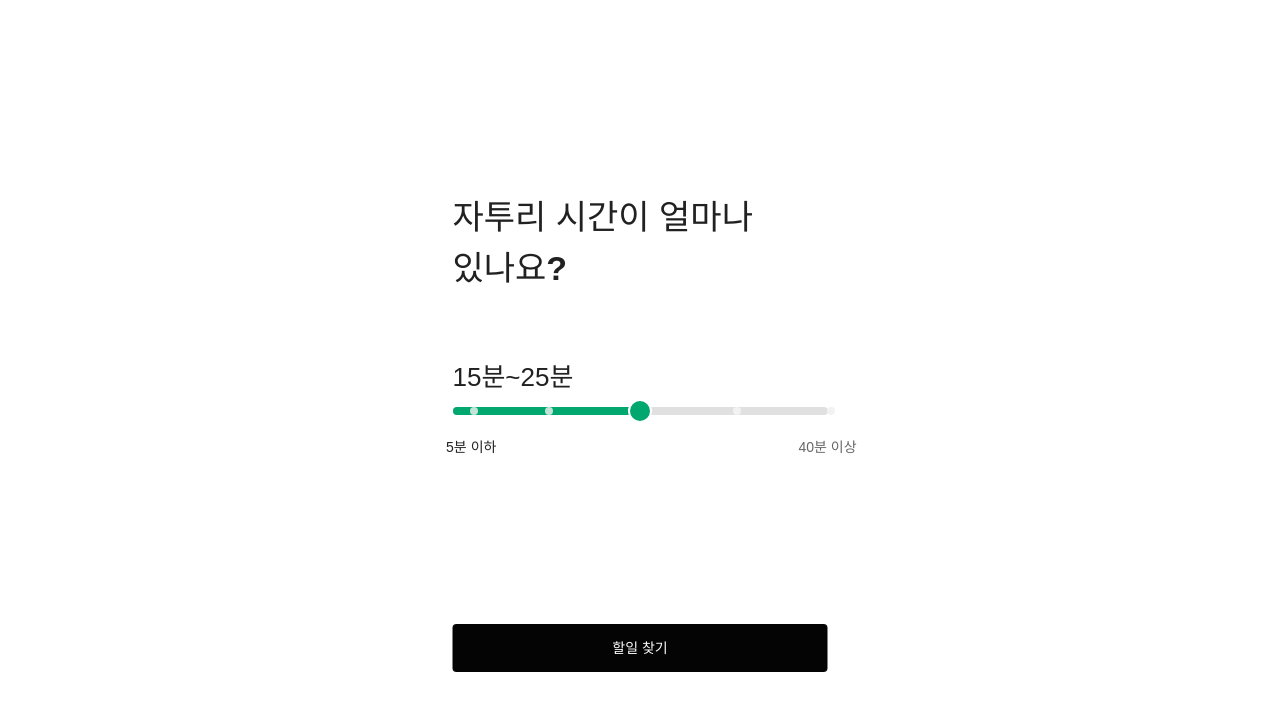
Repository: Tickley-Team/Tickley
Page: /survey
These files come from the project's save history. The page is drawn as it stood at one moment and after the next save; the edit follows.
The browser window is 1280 px wide. The pictures show the whole page.
The project was rebuilt for these pictures with package versions that can differ from the ones it lists, and the page was loaded fresh each time. Also part of the build but not shown: vite.config.ts, src/components/BottomNavbar.css, src/components/BottomNavbar.tsx, src/hooks/useLocalStorage.ts, src/stores/timeLeftStore.ts, src/utils.ts, src/components/BasicDialog.tsx, src/pages/Todos.tsx and 12 more.

Above is the page before, as saved 2024-12-09 17:26:06.

### index.html
<!doctype html>
<html lang="en">
  <head>
    <meta charset="UTF-8" />
    <link rel="icon" type="image/svg+xml" href="/src/assets/tickley-favicon.svg" />
    <meta name="viewport" content="width=device-width, initial-scale=1.0" />
    <title>Tickley</title>
    <meta name="description" content="자투리 시간을 알차게 보내고 싶으신가요? 그럼 티클리!">
    <meta property="og:title" content="Tickley">
    <meta property="og:url" content="https://tickley-team.github.io/Tickley/">
    <meta property="og:image" content="https://tickley-team.github.io/Tickley/cute-tickley.png">
    <meta property="og:description" content="자투리 시간을 알차게 보내고 싶으신가요? 그럼 티클리!">
  </head>
  <body>
    <div id="root"></div>
    <script type="module" src="/src/main.tsx"></script>
  </body>
</html>

### src/index.css
:root {
  font-family: Pretandard, system-ui, Avenir, Helvetica, Arial, sans-serif;

  color-scheme: light dark;
  font-synthesis: none;
  text-rendering: optimizeLegibility;
  -webkit-font-smoothing: antialiased;
  -moz-osx-font-smoothing: grayscale;
}

@font-face {
  font-family: 'S-CoreDream-5Medium';
  src: url('https://fastly.jsdelivr.net/gh/projectnoonnu/noonfonts_six@1.2/S-CoreDream-5Medium.woff')
    format('woff');
  font-weight: 500;
  font-style: normal;
}

@font-face {
  font-family: 'S-CoreDream-6Bold';
  src: url('https://fastly.jsdelivr.net/gh/projectnoonnu/noonfonts_six@1.2/S-CoreDream-6Bold.woff')
    format('woff');
  font-weight: 600;
  font-style: normal;
}

@font-face {
  font-family: 'S-CoreDream-8Heavy';
  src: url('https://fastly.jsdelivr.net/gh/projectnoonnu/noonfonts_six@1.2/S-CoreDream-8Heavy.woff')
    format('woff');
  font-weight: 800;
  font-style: normal;
}

@font-face {
  font-family: 'S-CoreDream-7ExtraBold';
  src: url('https://fastly.jsdelivr.net/gh/projectnoonnu/noonfonts_six@1.2/S-CoreDream-7ExtraBold.woff')
    format('woff');
  font-weight: 700;
  font-style: normal;
}

### src/App.tsx
import Todos from './pages/Todos'
import TodosFind from './pages/TodosFind'
import SurveySpareTime from './pages/SurveySpareTime'
import Home from './pages/Home'
import OnboardingPage from './pages/OnboardingPage'
import TodosMemory from './pages/TodosMemory'
import ProgressTimer from './pages/ProgressTimer'
import CompletedTimer from './pages/CompletedTimer'
import { fetchRecommendTodos } from './api/fetchRecommendTodos'
import { createBrowserRouter, RouterProvider } from 'react-router'
import { ThemeProvider } from '@mui/material/styles'
import { TickleyTheme } from './theme'
import CssBaseline from '@mui/material/CssBaseline'

function App() {
  const isProduction = process.env.NODE_ENV === 'production'
  const basename = isProduction ? '/Tickley' : '/'

  const router = createBrowserRouter(
    [
      {
        path: '/',
        element: <Home />,
      },
      {
        path: '/todos',
        element: <Todos />,
      },
      {
        path: '/todos/find',
        element: <TodosFind />,
        loader: () =>
          fetchRecommendTodos(
            `${import.meta.env.BASE_URL}data/todoRecommendData.json`,
          ),
      },
      {
        path: '/todos/memory',
        element: <TodosMemory />,
      },
      {
        path: '/survey',
        element: <SurveySpareTime />,
      },
      {
        path: '/onboarding/:onboardingId',
        element: <OnboardingPage />,
      },
      {
        path: '/timer/progress',
        element: <ProgressTimer />,
      },
      {
        path: '/timer/completed',
        element: <CompletedTimer />,
      },
    ],
    {
      basename,
    },
  )

  return (
    <ThemeProvider theme={TickleyTheme}>
      <RouterProvider router={router} />
      <CssBaseline />
    </ThemeProvider>
  )
}

export default App

### src/pages/SurveySpareTime/index.tsx
import { useCallback } from 'react'
import { useNavigate } from 'react-router'
import { MobileLayout } from '../../layout/MobileLayout'
import { RangeSlider } from '../../components/RangeSlider'
import { Typography } from '@mui/material'
import { CTAButton } from '../../components/Button'

const SurveySpareTime = () => {
  const navigate = useNavigate()
  const handleClickButton = useCallback(() => {
    navigate('/todos/find')
  }, [])
  return (
    <MobileLayout>
      <Typography
        variant="title-6-bold-34"
        sx={{
          width: '100%',
          marginTop: '192px',
          whiteSpace: 'pre-line',
          textAlign: 'left',
          marginBottom: '64px',
        }}
      >
        {`자투리 시간이 얼마나\n있나요?`}
      </Typography>
      <RangeSlider />
      <CTAButton onClick={handleClickButton}>할일 찾기 </CTAButton>
    </MobileLayout>
  )
}

export default SurveySpareTime

### src/api/fetchRecommendTodos.ts
import { RecommendTodo } from '../types'

export const fetchRecommendTodos = async (
  path: string,
): Promise<Array<RecommendTodo>> => {
  try {
    const response = await fetch(path)
    if (!response.ok) {
      throw new Error(`HTTP error! status: ${response.status}`)
    }
    return response.json()
  } catch (error) {
    if (error instanceof Error) {
      throw new Error(`데이터 로드 실패: ${error.message}`)
    }
    throw new Error('알 수 없는 에러가 발생했습니다')
  }
}

### src/theme.ts
import { createTheme } from '@mui/material/styles'

import tokens from './assets/tokens.json'

import React from 'react'

export const TickleyTheme = createTheme({
  palette: {
    primary100: tokens.color.pri100.value,
    primary500: tokens.color.pri500.value,
    primary900: tokens.color.pri900.value,

    gray100: tokens.color.gray100.value,
    gray200: tokens.color.gray200.value,
    gray300: tokens.color.gray300.value,
    gray400: tokens.color.gray400.value,
    gray600: tokens.color.gray600.value,
    gray700: tokens.color.gray700.value,
    gray800: tokens.color.gray800.value,
    gray900: tokens.color.gray900.value,
    gray1000: tokens.color.gray1000.value,

    semanticRed: '#F24822',
    semanticPurple1: '#5B67BA',
    semanticGreen: '#009951',
    semanticGreen1: '#D6F2CC',
    semanticGreen2: '#B2DDA2',
    semanticGreen3: '#7BB766',
    semanticGreen4: '#367A1E',
  },

  typography: {
    fontFamily: '"S-CoreDream", Arial, sans-serif',

    'headline-8-heavy': {
      fontWeight: 800,

      fontSize: '48px',
    },

    'headline-5-medium': {
      fontWeight: 500,

      fontSize: '66px',
    },

    'title-6-bold-34': {
      fontWeight: 600,

      fontSize: '34px',
    },

    'title-5-medium-26': {
      fontWeight: 500,

      fontSize: '26px',
    },

    'title-7-extrabold-20': {
      fontWeight: 700,

      fontSize: '20px',
    },

    'title-5-medium-18': {
      fontWeight: 500,

      fontSize: '18px',
    },

    'title-5-medium-16': {
      fontWeight: 500,

      fontSize: '16px',
    },

    'title-5-medium-12': {
      fontWeight: 500,

      fontSize: '12px',
    },
  },
})

//TODO: 타입 정의 파일로 옮기기

declare module '@mui/material/styles' {
  interface Palette {
    primary100: string
    primary500: string
    primary900: string
    gray100: string
    gray200: string
    gray300: string
    gray400: string
    gray600: string
    gray700: string
    gray800: string
    gray900: string
    gray1000: string

    semanticGreen1: string
    semanticGreen2: string
    semanticGreen3: string
    semanticGreen4: string
    semanticRed: string
    semanticPurple1: string
    semanticGreen: string
  }

  interface PaletteOptions {
    primary100: string
    primary500: string
    primary900: string
    gray100: string
    gray200: string
    gray300: string
    gray400: string
    gray600: string
    gray700: string
    gray800: string
    gray900: string
    gray1000: string

    semanticGreen1: string
    semanticGreen2: string
    semanticGreen3: string
    semanticGreen4: string
    semanticRed: string
    semanticPurple1: string
    semanticGreen: string
  }
}

declare module '@mui/material/Typography' {
  interface TypographyPropsVariantOverrides {
    'headline-5-medium': true

    'headline-8-heavy': true

    'title-6-bold-34': true

    'title-5-medium-26': true

    'title-7-extrabold-20': true

    'title-5-medium-18': true

    'title-5-medium-16': true

    'title-5-medium-12': true
  }
}

declare module '@mui/material/styles' {
  interface TypographyVariants {
    'headline-5-medium': React.CSSProperties

    'headline-8-heavy': React.CSSProperties

    'title-6-bold-34': React.CSSProperties

    'title-5-medium-26': React.CSSProperties

    'title-7-extrabold-20': React.CSSProperties

    'title-5-medium-18': React.CSSProperties

    'title-5-medium-16': React.CSSProperties

    'title-5-medium-12': React.CSSProperties
  }

  interface TypographyVariantsOptions {
    'headline-5-medium'?: React.CSSProperties

    'headline-8-heavy'?: React.CSSProperties

    'title-6-bold-34'?: React.CSSProperties

    'title-5-medium-26'?: React.CSSProperties

    'title-7-extrabold-20'?: React.CSSProperties

    'title-5-medium-18'?: React.CSSProperties

    'title-5-medium-16'?: React.CSSProperties

    'title-5-medium-12'?: React.CSSProperties
  }
}

### src/components/RangeSlider.tsx
import styled from '@emotion/styled'
import { Box, Slider, SliderProps, Typography } from '@mui/material'
import { useRecommendTodoFilterStore } from '../stores/recommendTodoFilterStore'

type RangeSliderProps = Partial<SliderProps>

const RangeMapper = [
  { value: 5, label: '5분 이하', displayText: '5분 이하', time: 5 },
  { value: 25, label: '', displayText: '5분~15분', time: 15 },
  { value: 50, label: '', displayText: '15분~25분', time: 25 },
  { value: 75, label: '', displayText: '25분~35분', time: 35 },
  { value: 100, label: '40분 이상', displayText: '40분 이상', time: 40 },
]

export const RangeSlider = ({ ...restProps }: RangeSliderProps) => {
  const { spareTime, setSpareTime } = useRecommendTodoFilterStore()

  const handleChange = (_event: Event, value: number | number[]) => {
    const time = RangeMapper.find((step) => step.value === value)?.time
    setSpareTime(time ?? 5)
  }

  const marks = RangeMapper.map(({ value, label }) => ({
    value,
    label,
  }))
  return (
    <Box width={'100%'}>
      <Typography variant="title-5-medium-26">
        {/* TODO: refactor 연산 */}
        {RangeMapper.find(({ time }) => time === spareTime)?.displayText}
      </Typography>
      <CustomSlider
        value={RangeMapper.find(({ time }) => time === spareTime)?.value}
        marks={marks}
        step={null}
        onChange={handleChange}
        {...restProps}
      />
    </Box>
  )
}

const CustomSlider = styled(Slider)({
  height: 8,
  padding: 0,
  marginTop: 10,
  '& .MuiSlider-rail': {
    opacity: 1,
    backgroundColor: '#E0E0E0', // gray300
  },
  '& .MuiSlider-track': {
    border: 'none',
    backgroundColor: '#00A76F', // pri500
  },
  '& .MuiSlider-thumb': {
    height: 24,
    width: 24,
    backgroundColor: '#00A76F', // pri500
    border: '2px solid #fff',
    '&:focus, &:hover, &.Mui-active, &.Mui-focusVisible': {
      boxShadow: 'inherit',
    },
    '&:before': {
      display: 'none',
    },
  },
  '& .MuiSlider-mark': {
    backgroundColor: '#F2F2F2', // gray200
    height: 8,
    width: 8,
    borderRadius: '50%',
    marginTop: 0,
  },
})

### src/layout/MobileLayout.tsx
import { Container } from '@mui/material'

export const MobileLayout = ({
  children,
  ...restProps
}: {
  children: React.ReactNode
}) => {
  return (
    <Container
      sx={{
        padding: 0,
        position: 'relative',
        maxWidth: '375px', // 최대 너비 375px
        width: '90%',
        margin: '0 auto',
        backgroundColor: 'white',
        height: '100vh',
        display: 'flex', // Flexbox를 사용하여 콘텐츠 정렬
        flexDirection: 'column',

        alignItems: 'center',
        '@media (min-width: 600px)': {
          paddingLeft: 0, // 600px 이상에서 padding-left 0 설정
          paddingRight: 0, // 600px 이상에서 padding-right 0 설정
        },
        '@media (min-width: 1200px)': {
          maxWidth: '375px', // 1200px 이상에서도 375px 고정
        },
      }}
      {...restProps}
    >
      {/* 여기에 콘텐츠를 추가 */}
      {children}
    </Container>
  )
}

### src/stores/recommendTodoFilterStore.ts
import { create } from 'zustand'

interface RecommendTodoFilterStore {
  categoryName: string
  spareTime: number
  setSpareTime: (spareTime: number) => void
  setCategoryName: (categoryName: string) => void
}
export const useRecommendTodoFilterStore = create<RecommendTodoFilterStore>()(
  (set) => ({
    categoryName: '휴식',
    spareTime: 25,
    setSpareTime: (spareTime) => set({ spareTime }),
    setCategoryName: (categoryName) => set({ categoryName }),
  }),
)

### src/components/Button.tsx
import { Box, Button as BaseButton, ButtonProps } from '@mui/material'
import { styled } from '@mui/system'

type Props = ButtonProps & {
  children: React.ReactNode
}
export const CTAButton = ({ children, ...restProps }: Props) => {
  return (
    <Box width="100%" style={{ display: 'relative' }}>
      <Button {...restProps}>{children}</Button>
    </Box>
  )
}

const Button = styled(BaseButton)(({ theme }) => ({
  position: 'absolute', // 버튼을 절대 위치로 설정
  bottom: '48px', // 하단에서 48px 떨어지게 설정
  left: '50%', // 가로 중앙 정렬
  transform: 'translateX(-50%)', // 정확한 중앙 정렬
  width: '100%', // 가로 폭을 100%에서 좌우 여백을 제외한 값으로 설정
  height: '48px',
  backgroundColor: theme.palette.gray1000, // 버튼 배경색
  color: theme.palette.gray100,
  borderRadius: '4px',
}))

### src/assets/tokens.json
{
  "color": {
    "pri500": {
      "description": "",
      "type": "color",
      "value": "#1d997cff",
      "blendMode": "normal"
    },
    "pri100": {
      "description": "",
      "type": "color",
      "value": "#d7f6efff",
      "blendMode": "normal"
    },
    "pri900": {
      "description": "",
      "type": "color",
      "value": "#044637ff",
      "blendMode": "normal"
    },
    "gray1000": {
      "description": "",
      "type": "color",
      "value": "#040404ff",
      "blendMode": "normal"
    },
    "gray300": {
      "description": "",
      "type": "color",
      "value": "#f0f1f5ff",
      "blendMode": "normal"
    },
    "gray400": {
      "description": "",
      "type": "color",
      "value": "#d9dae2ff",
      "blendMode": "normal"
    },
    "gray500": {
      "description": "",
      "type": "color",
      "value": "#b9babfff",
      "blendMode": "normal"
    },
    "gray900": {
      "description": "",
      "type": "color",
      "value": "#232327ff",
      "blendMode": "normal"
    },
    "gray600": {
      "description": "",
      "type": "color",
      "value": "#999a9fff",
      "blendMode": "normal"
    },
    "gray700": {
      "description": "",
      "type": "color",
      "value": "#717277ff",
      "blendMode": "normal"
    },
    "gray800": {
      "description": "",
      "type": "color",
      "value": "#3f3f44ff",
      "blendMode": "normal"
    },
    "gray200": {
      "description": "",
      "type": "color",
      "value": "#f9fafcff",
      "blendMode": "normal"
    },
    "gray100": {
      "description": "",
      "type": "color",
      "value": "#ffffffff",
      "blendMode": "normal"
    }
  },
  "grid": {
    "grid": {
      "0": {
        "type": "custom-grid",
        "value": {
          "pattern": "columns",
          "gutterSize": 0,
          "alignment": "stretch",
          "count": 1,
          "offset": 16
        }
      },
      "1": {
        "type": "custom-grid",
        "value": {
          "pattern": "columns",
          "gutterSize": 16,
          "alignment": "stretch",
          "count": 4,
          "offset": 16
        }
      },
      "description": null
    }
  },
  "variable collection": {
    "pri500": { "type": "color", "value": "#f5c21aff", "blendMode": "normal" },
    "pri600": { "type": "color", "value": "#f5bb1aff", "blendMode": "normal" },
    "color": {
      "description": "",
      "type": "color",
      "value": "{variable collection.pri500}"
    }
  }
}

Loaded but not shown: src/main.tsx (common file)

After the next save:
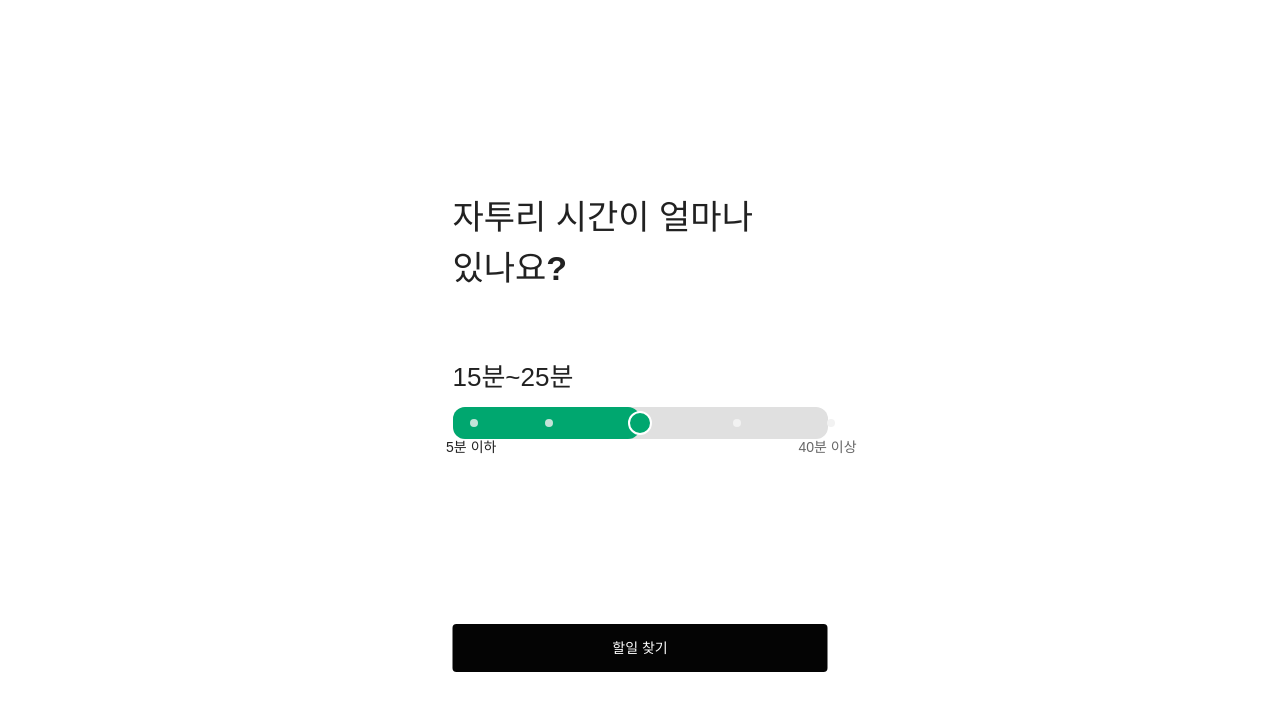
Saved 8 min 31 s later.
--- a/src/components/RangeSlider.tsx
+++ b/src/components/RangeSlider.tsx
@@ -42,7 +42,7 @@
 }
 
 const CustomSlider = styled(Slider)({
-  height: 8,
+  height: 32,
   padding: 0,
   marginTop: 10,
   '& .MuiSlider-rail': {
